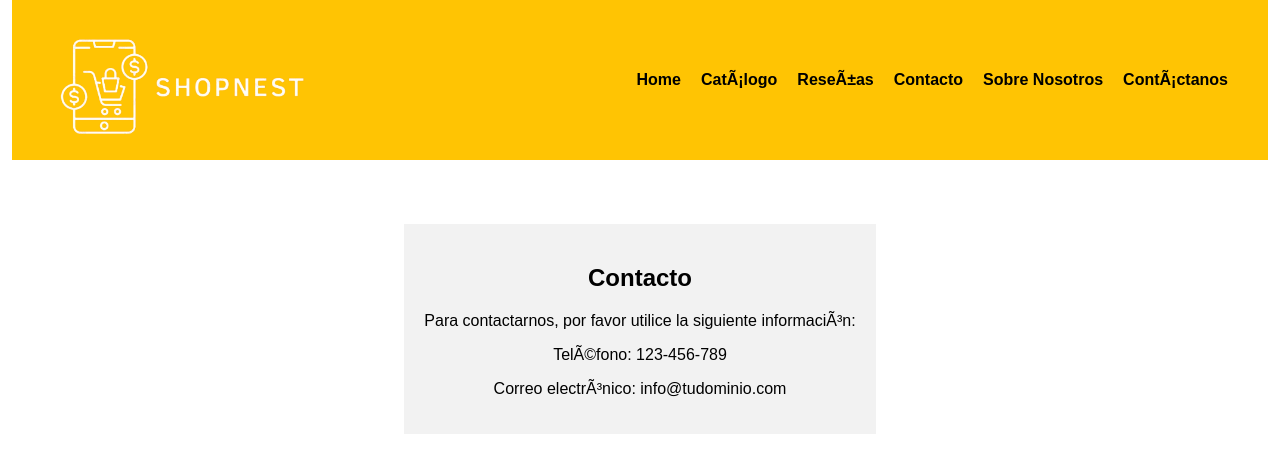
Repository: Regmalek07/ProyectoU
Page: contacto.html
An editor plug-in stored every save of this project. The page is shown before and after the next save, followed by the edit.
The browser window is 1280 px wide. The pictures show the whole page.

Above is the page before, as saved 2024-04-29 04:37:37.

### contacto.html
<!DOCTYPE html>
<html>
    <head lang="es">
        <meta charset="UFT-8">
        <title>Contactanos</title>
        <link rel="stylesheet" href="styles3.css">
    </head>
    <body>
        <header>
            <div class="logo">
                <a href="home.html">
                <img src="Logo_1.png" alt="LogoShop">
                </a>
            </div>
            <nav>
                <button id="logout-button" onclick="logout()" style="display: none;">Cerrar sesión</button>
            </nav>
            <nav>
                <ul>
                    <li><a href="home.html">Home</a></li>
                    <li><a href="catalogo.html">Catálogo</a></li>
                    <li><a href="resenas.html">Reseñas</a></li>
                    <li><a href="contacto.html">Contacto</a></li>
                    <li><a href="sobre_nosotros.html">Sobre Nosotros</a></li>
                    <li><a href="contactanos.html">Contáctanos</a></li>
                </ul>
            </nav>
        </header>
        <section class="contact">
            <h1>Contacto</h1>
            <div class="content">
                <p>Para contactarnos, por favor utilice la siguiente información:</p>
                <p>Teléfono: 123-456-789</p>
                <p>Correo electrónico: info@tudominio.com</p>
            </div>
        </section>
        <script src="localsesion.js"></script>
    </body>
</html>

### styles3.css
body {
    font-family: Arial, sans-serif;
    margin: 0;
    padding: 0;
    display: flex;
    flex-direction: column;
    align-items: center;
}

h1 {
    text-align: center;
}

p {
    text-align: center;
}

header {
    background-color: #ffc403;
    padding: 20px;
    display: flex;
    justify-content: space-between;
    align-items: center;
    max-height: 120px;
    width: 95%;
}

.logo img {
    width: 300px;
}

.contact {
    background-color: #f2f2f2;
    margin: 5% 0;
    padding: 20px;
    text-align: center;
    max-width: 800px;
}

.content {
    margin-top: 20px;
}

button {
    background-color: #007bff;
    color: #fff;
    padding: 10px 20px;
    border: none;
    border-radius: 5px;
    cursor: pointer;
}

nav ul {
    list-style-type: none;
    margin: 0;
    padding: 0;
    display: flex;
}

nav li {
    margin-right: 20px;
}

nav a {
    text-decoration: none;
    color: #000; /* Cambia el color de texto según tu preferencia */
    font-weight: bold;
}

nav a:hover {
    color: #007bff; /* Cambia el color de texto al pasar el mouse */
}

### localsesion.js
// Función para cerrar sesión
function logout() {
    // Eliminar el estado de autenticación del almacenamiento local
    localStorage.removeItem("authenticated");
    // Redirigir al usuario al inicio de sesión
    window.location.href = "home.html";
}
document.addEventListener("DOMContentLoaded", function() {
    // Verificar el estado de autenticación al cargar la página
    var isAuthenticated = localStorage.getItem("authenticated");

    if (isAuthenticated) {
        // Si el usuario está autenticado, mostrar el botón de cierre de sesión
        document.getElementById("logout-button").style.display = "block";
    } else {
        // Si el usuario no está autenticado, ocultar el botón de cierre de sesión
        document.getElementById("logout-button").style.display = "none";
    }
});

After the next save:
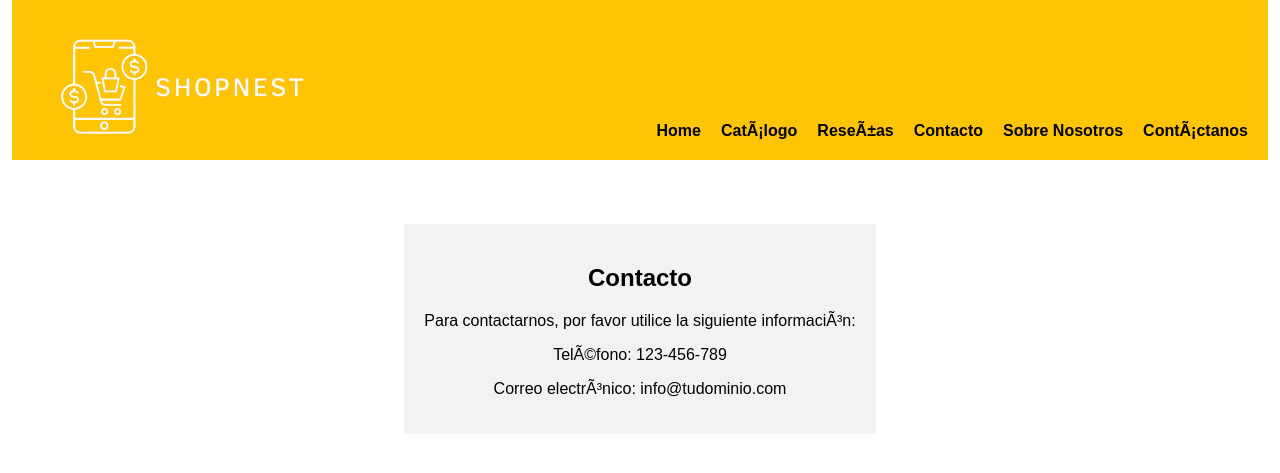
Saved 106 s later.
--- a/styles3.css
+++ b/styles3.css
@@ -50,15 +50,32 @@
     cursor: pointer;
 }
 
+nav {
+    margin-top: auto; /* Mueve el menú hacia la parte inferior del header */
+}
+
 nav ul {
     list-style-type: none;
     margin: 0;
     padding: 0;
     display: flex;
+    justify-content: center; /* Centra los elementos del menú horizontalmente */
 }
 
 nav li {
     margin-right: 20px;
+    position: relative; /* Permite posicionar el separador "|" */
+}
+
+nav li:last-child {
+    margin-right: 0; /* Elimina el margen derecho del último elemento de la lista */
+}
+
+nav span {
+    position: absolute;
+    top: 50%;
+    right: -10px; /* Ajusta la posición del separador "|" */
+    transform: translateY(-50%);
 }
 
 nav a {
